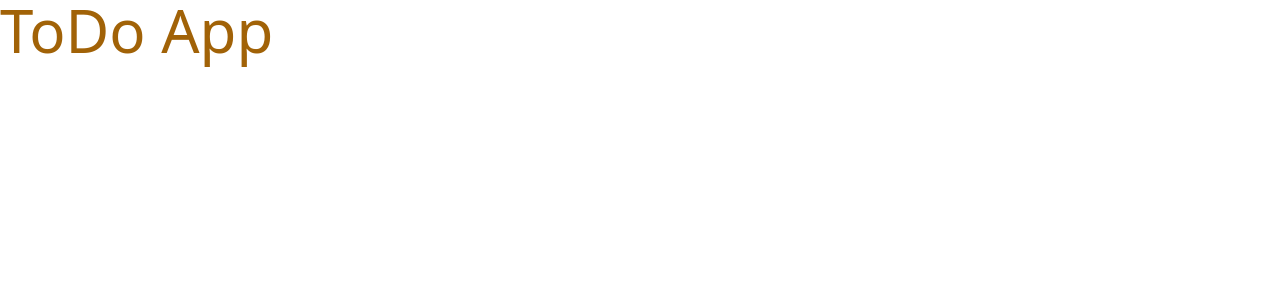
Repository: mvbri/app-todo-fullstack
Page: /
These files come from the project's save history. The page is drawn as it stood at one moment and after the next save; the edit follows.
The browser window is 1280 px wide. The pictures show the whole page.
The project was rebuilt for these pictures with package versions that can differ from the ones it lists, and the page was loaded fresh each time. Also part of the build but not shown: src/App.css.

Above is the page before, as saved 2023-04-09 11:49:02.

After the next save:
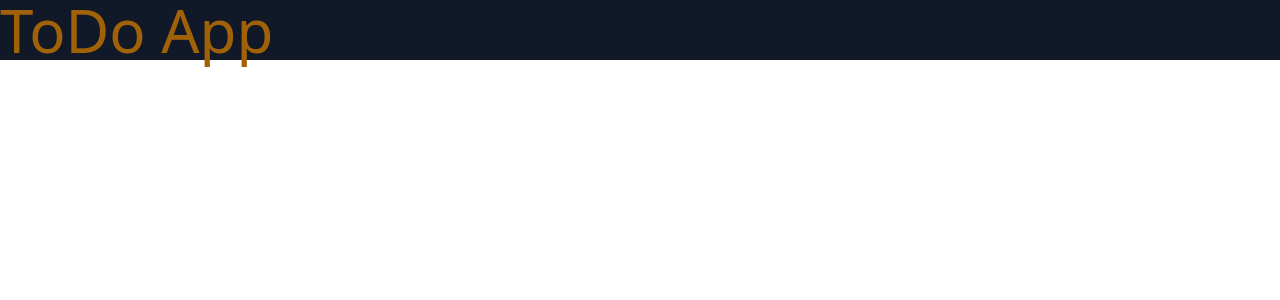
Saved 3 min 22 s later.
--- a/src/App.js
+++ b/src/App.js
@@ -2,7 +2,7 @@ import './App.css';
 
 function App() {
 	return (
-		<div className='App'>
+		<div className='bg-gray-900'>
 			<h1 className='text-6xl text-yellow-700'>ToDo App</h1>
 		</div>
 	);
